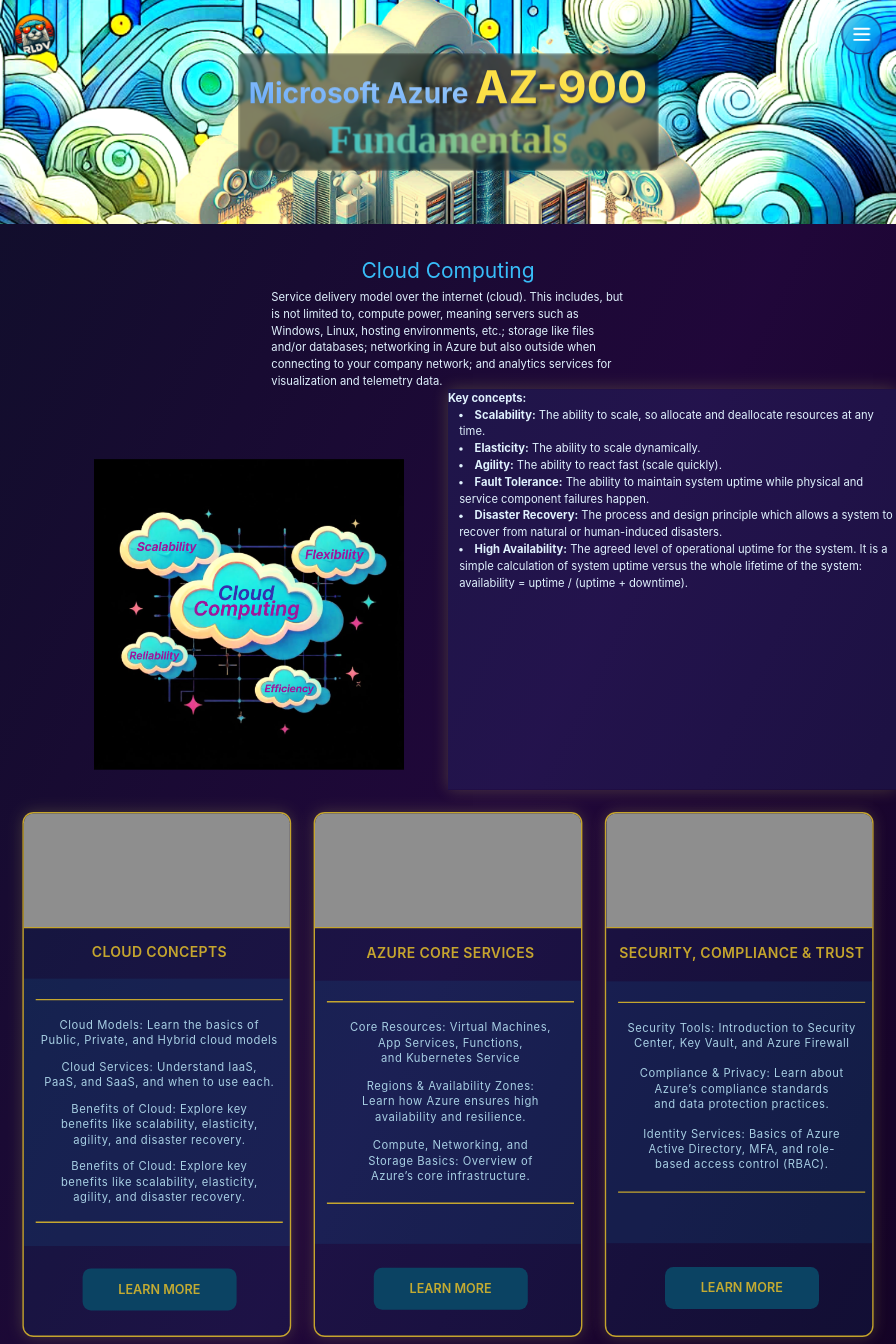
Repository: Freezler/az-900_svelte5
Page: /
An editor plug-in stored every save of this project. The page is shown before and after the next save, followed by the edit.
The browser window is 1280 px wide. The pictures show the part of the page from y = 0 to 1920 px (the page is 2638 px tall), at 70% of full size.
Pictures or frames that could not be fetched are drawn as grey boxes. The project was rebuilt for these pictures with package versions that can differ from the ones it lists, and the page was loaded fresh each time. The framework's server and built-in components were replaced by stand-ins that run in the browser. Also part of the build but not shown: vite.config.ts.

Above is the page before, as saved 2024-11-10 10:45:33.

### src/app.html
<!doctype html>
<html lang="en">
	<head>
		<meta charset="utf-8" />
		<link rel="icon" href="%sveltekit.assets%/favicon.png" />
		<meta name="viewport" content="width=device-width, initial-scale=1" />
		%sveltekit.head%
	</head>
	<body data-sveltekit-preload-data="hover" >
		<div style="display: contents">%sveltekit.body%</div>
	</body>
</html>

### src/routes/+layout.svelte
<script lang="ts">
	import '../app.css';
	let { children } = $props();

</script>

<div class="bg-gradient-to-br from-[#0d0c28fc] via-[#1b0135f9] to-[#10021e] bg-cover bg-center bg-no-repeat ">{@render children()}</div>

### src/routes/+page.svelte
<script lang="ts">
	import ComputingArticle from '../components/ComputingArticle.svelte';

	import Toggle from '../components/Toggle.svelte';
	import Header from '../components/Header.svelte';
	import Popover from '../components/Menu.svelte';
	import Cards from '../components/Cards.svelte';
	import Login from '../components/Login.svelte';
</script>

<header class="">
	<Popover />
	<Header />
</header>
<main>
	<section>
		<ComputingArticle />
		<Cards />
	</section>
	<aside><Toggle /></aside>
	<footer><Login /></footer>
</main>

### src/app.css
@tailwind base;
@tailwind components;
@tailwind utilities;

:root {
  --text-color  : rgba(244, 205, 48, 0.888);
  --bg-color    : hsla(217, 87%, 3%, 0.298);
  --bg-color2   : hsla(299, 91%, 31%, 0.974);
  --bg-gradient : 135deg, rgba(237, 249, 10, .7) 0%, rgba(216, 204, 37, 0.7) 35%, rgba(0, 212, 255, 0.7) 100%;
  --bg-gradient2: 90deg, rgba(216, 204, 37, 0.5) 0%, rgba(0, 212, 255, 0.5) 70%;
}

* {
  margin     : 0;
  padding    : 0;
  box-sizing : border-box;
  user-select: none;
  /* outline : 1px dotted red; */
}

body {
  font-family: 'Inter', sans-serif;


}

### src/components/ComputingArticle.svelte
<div class="grid items-center justify-center gap-2 place-self-center text-sky-100 max-w-[50ch]  pt-12">
	<h2 class="text-3xl text-center text-sky-400">Cloud Computing</h2>
	<p>
		Service delivery model over the internet (cloud). This includes, but is not limited to, compute
		power, meaning servers such as Windows, Linux, hosting environments, etc.; storage like files
		and/or databases; networking in Azure but also outside when connecting to your company network;
		and analytics services for visualization and telemetry data.
	</p>
</div>

<section class="grid items-center grid-cols-1 lg:grid-cols-2 justify-center place-items-center place-self-center place-content-center gap-0	z-10 text-start">
	<img
		src="../public/images/cloud.png"
		alt="cloudSolutions"
		loading="lazy"

		class=" text-sky-100  w-[572px] "
	/>
	<article
		class=" bg-blue-500/10  text-sky-100  h-[572px] prounded-xl shadow-[0_0px_22px_rgba(255,255,99,0.2)]"
	>
		<p><strong>Key concepts:</strong></p>
		<ul class="list-inside list-disc pl-4">
			<li>
				<strong>Scalability:</strong> The ability to scale, so allocate and deallocate resources at any
				time.
			</li>
			<li><strong>Elasticity:</strong> The ability to scale dynamically.</li>
			<li><strong>Agility:</strong> The ability to react fast (scale quickly).</li>
			<li>
				<strong>Fault Tolerance:</strong> The ability to maintain system uptime while physical and service
				component failures happen.
			</li>
			<li>
				<strong>Disaster Recovery:</strong> The process and design principle which allows a system to
				recover from natural or human-induced disasters.
			</li>
			<li>
				<strong>High Availability:</strong> The agreed level of operational uptime for the system. It
				is a simple calculation of system uptime versus the whole lifetime of the system: availability
				= uptime / (uptime + downtime).
			</li>
		</ul>
	</article>
</section>

### src/components/Toggle.svelte
<script lang="ts">

	let name = $state('Randy');
	let status: 'DARK' | 'LIGHT' = $state('DARK');
	let full_name = $derived(name + ' ' + 'de vries');

	function toggle() {
		status = status === 'DARK' ? 'LIGHT' : 'DARK';
	}

	function onclick() {
		status = status === 'DARK' ? 'LIGHT' : 'DARK';
		window.document.body.classList.toggle('dark-mode')
	}
</script>

<div class="max-w-[400px] mx-auto grid place-items-center items-center justify-center gap-2 border-2 p-4  py-8 my-4 bg-yellow-600/10">
		<p class="text-2xl font-serif text-white ">
			set theme: <span class="font-sans {status === 'LIGHT' ? 'text-gray-200' : 'text-red-900'}">{status}</span>
		</p>

		<!-- <button on:click={toggle}>toggle status</button> -->
		<button
			class=" w-[176px] rounded bg-blue-500 px-4 py-2 font-bold text-white hover:bg-blue-700 active:scale-[.98]"
			type="button"
			onclick={toggle}>Toggle theme</button
		>
	</div>

### src/components/Header.svelte
<script lang="ts">
	// Declare props
	let { name = 'AZ-900' } = $props();

	// Local state for the surname
	let surname = $state('Fundamentals');

	// Derived state for the full name
	let full_name = $derived(`${name} ${surname}`);
</script>

<div
	class="max-w-[100svw] z-100 mx-auto grid h-80 place-content-center place-items-center items-center justify-center bg-[url('/public/images/headImage.png')] bg-cover bg-top"
>
	<div class="grid backdrop-blur-[2px] px-4 rounded-lg backdrop-brightness-[.50] pb-4">
		<h1
			class="shadow-[rgba(7, 25, 224, 0.9)] drop bg-clip-text text-center text-[clamp(1rem,5vw,2.5rem)] font-bold text-transparent bg-gradient-to-tr from-blue-400 via-blue-300 to-blue-700  drop-shadow-[-2px_2px_2px_rgba(137, 25, 224, 0.9)]"
		>
			Microsoft Azure <span
				class="bg-gradient-to-tr from-yellow-300 via-yellow-300 to-yellow-200 bg-clip-text text-[clamp(2.8rem,5vw,8.5rem)] font-bold text-transparent drop-shadow-[2px_4px_2px_rgba(36,50,100,0.9)]"
				>{name}</span
			>
		</h1>
		<h3
			class="bg-clip-text text-6xl text-center text-[clamp(1rem,5vw,3.5rem)] font-[700] font-[montserrat] bg-gradient-to-r from-[hsl(192,88%,51%)] via-[--hsl(192,88%,71%)] to-[--text-color]  pb- text-transparent drop-shadow-[2px_4px_32px_rgba(6,100,150,0.9)] backdrop-brightness-[.90] "
		>
			{surname}
		</h3>
	</div>
</div>

### src/components/Menu.svelte
<script lang="ts">
	import { cubicInOut } from 'svelte/easing';
	import { fly } from 'svelte/transition';
	let showMenu: boolean = $state(false);


</script>

	<!-- Your existing code -->

<img
	src="/public/images/Design 2.png"
	alt="Ran form Logo"
	class="fixed left-[16px] top-[16px] w-[64px] rounded-full z-[200]"
/>
<button
	onclick={() => (showMenu = !showMenu)}
	class="fixed right-[20px] top-[20px] flex  h-[58px] w-[58px] items-center justify-center rounded-full bg-blue-600/20 backdrop-blur text-white border-2 border-blue-900"
>
	<svg
		xmlns="http://www.w3.org/2000/svg"
		class="h-8 w-8"
		fill="none"
		viewBox="0 0 24 24"
		stroke="currentColor"
	>
		{#if showMenu}
			<path
				stroke-linecap="round"
				stroke-linejoin="round"
				stroke-width="2"
				d="M6 18L18 6M6 6l12 12"
			/>
		{:else}
			<path
				stroke-linecap="round"
				stroke-linejoin="round"
				stroke-width="2"
				d="M4 6h16M4 12h16M4 18h16"
			/>
		{/if}
	</svg>
</button>

{#if showMenu}
	<ul
		class="items-center justify-center fixed bottom-0 right-0 z-100 grid h-[50vh] w-[100vw] border-t border-blue-900 place-content-center bg-blue-600/20 backdrop-blur text-white uppercase text-center text-xl z-[200]"
		transition:fly={{ y: 100, duration: 420, easing: cubicInOut }}
	>
		<li class="px-2 py-4 w-[80vw] underline underline-offset-4 transition-colors ease-linear duration-400 hover:bg-blue-600/20 rounded-t-lg  bg-blue-200/30">
			<a href="/">Home</a>
		</li>
		<li class=" px-2 py-4 transition-colors hover:underline underline-offset-4  ease-linear duration-400 hover:bg-blue-600/20  bg-blue-200/30">
			<a href="/concepts">Concepts</a>
		</li>
		<li class=" px-2 py-4 transition-colors hover:underline underline-offset-4 ease-linear duration-400 hover:bg-blue-600/20  bg-blue-200/30">
			<a href="/security">Security</a>
		</li>
		<li class="px-2 py-4 transition-colors  hover:underline underline-offset-4 ease-linear duration-400 hover:bg-blue-600/20 rounded-b-lg  bg-blue-200/30">
			<a href="/services">Services</a>
		</li>
	</ul>
{/if}

### src/components/Cards.svelte
<script>
	import { goto } from '$app/navigation';
	// Define your plans as an array of objects
	const concepts = [
		{
			url: 'concepts',
			image:
				'https://learn.microsoft.com/training/achievements/microsoft-azure-fundamentals-describe-cloud-concepts-social.png',
			name: 'Cloud Concepts',
			features: [
				'Cloud Models: Learn the basics of Public, Private, and Hybrid cloud models',
				'Cloud Services: Understand IaaS, PaaS, and SaaS, and when to use each.',
				'Benefits of Cloud: Explore key benefits like scalability, elasticity, agility, and disaster recovery.',
				'Benefits of Cloud: Explore key benefits like scalability, elasticity, agility, and disaster recovery.'

			]
		},
		{
			url: 'services',
			image:
				'https://images.unsplash.com/photo-1667372459510-55b5e2087cd0?q=80&w=1932&auto=format&fit=crop&ixlib=rb-4.0.3&ixid=M3wxMjA3fDB8MHxwaG90by1wYWdlfHx8fGVufDB8fHx8fA%3D%3D',
			name: 'Azure Core Services',
			features: [
				'Core Resources: Virtual Machines, App Services, Functions, and Kubernetes Service',
				'Regions & Availability Zones: Learn how Azure ensures high availability and resilience.',
				'Compute, Networking, and Storage Basics: Overview of Azure’s core infrastructure.'
			]
		},
		{
			url: 'security',
			image:
				'https://plus.unsplash.com/premium_photo-1700830452756-1a3f4314e564?q=80&w=1674&auto=format&fit=crop&ixlib=rb-4.0.3&ixid=M3wxMjA3fDB8MHxwaG90by1wYWdlfHx8fGVufDB8fHx8fA%3D%3D',
			name: 'Security, Compliance & Trust',
			features: [
				'Security Tools: Introduction to Security Center, Key Vault, and Azure Firewall',
				'Compliance & Privacy: Learn about Azure’s compliance standards and data protection practices.',
				'Identity Services: Basics of Azure Active Directory, MFA, and role-based access control (RBAC).'
			]
		}
	];
</script>

<section
	class="z-10 grid grid-rows-1 gap-8 py-8 md:grid-cols-2 md:gap-8 md:px-8 xl:grid-cols-3"
>
	{#each concepts as concept}
		<div
			class=" pt-1  grid grid-rows-[148px_64px_auto_auto] place-items-center overflow-hidden rounded-2xl border-2 border-[--text-color] bg-sky-600/10 pb-9 shadow-[0_0px_22px_rgba(255,255,99,0.2)] brightness-90 transition duration-700 hover:scale-[1.001] hover:border-[hsla(184,69%,60%,1)] hover:shadow-[2px_6px_12px_rgba(22,125,22,0.9)]"
		>
			<img
				src={concept.image}
				class=" z-10 h-[172px] pt-2  w-full border-b-2 border-[--text-color] object-cover object-center hover:border-[hsla(184,69%,60%,1)]"
				loading="lazy"
				alt="concept"
			/>
			<div class="row-span-2 grid grid-cols-subgrid place-items-center items-center justify-center">
				<h2 class="] mt-[28px] text-xl font-semibold uppercase tracking-wide text-[--text-color]">
					{concept.name}
				</h2>
			</div>

			<div
				class=" row-span-12 my-5 w-full grid grid-rows-subgrid place-items-start items-start gap-4 text-pretty border border-transparent bg-sky-500/10 px-4 pt-7 pb-6 text-center"
			>
				{#each concept.features as feature}
					<h3
						class="border-b-1 mx-auto  grid w-[35ch]  grid-rows-subgrid text-balance border-[--text-color] px-0 text-[14px] font-normal leading-snug tracking-wider text-sky-200 py-0 first:border-t-2 first:pt-6 last:pb-6 last:border-b-2 lg:text-[16px] border-s-fuchsia-400 ">
						{feature}
					</h3>
				{/each}
			</div>
			<button
				type="button"
				class="mx-auto mt-3 w-[220px] grid-cols-subgrid rounded-xl border-[2px_solid_var(--text-color)] bg-sky-900 px-8 py-4 text-base font-semibold uppercase text-[--text-color] transition duration-[420ms] hover:bg-sky-500 hover:text-white hover:shadow-[2px_2px_22px_rgb(65,183,255,0.9)] md:text-lg lg:text-lg"
				><a href="/{concept.url}">Learn more</a></button
			>
		</div>
	{/each}
</section>

### src/components/Login.svelte
<script>
	import { onMount } from 'svelte';
	let user = $state('Stranger');
	/**
	 * @param {any} response
	 */
	function googleLoginEndpoint(response) {
	  console.log('Google login successful:', response);
	}

	// onMount(() => {
	//   const script = document.createElement("script");
	//   script.src = "https://accounts.google.com/gsi/client";
	//   script.async = true;
	//   script.defer = true;
	//   document.head.appendChild(script);
	// });
</script>

<div class="relative flex min-h-[60vh] items-center justify-center py-16 ">
	<div class="flex w-full max-w-4xl flex-col overflow-hidden rounded-lg shadow-lg md:flex-row">
		<!-- Left side: Logo and Welcome message -->
		<div
			class="flex flex-col items-center justify-center bg-[url('/public/images/headImage.png')] bg-cover bg-center object-cover p-14 text-white md:w-1/2 "
		>
			<img
				src="/public/images/Design 2.png"
				alt="Ran form Logo"
				class="mb-4 h-40 w-40 rounded-full"
			/>
			<h2 class="text-2xl font-semibold p-2 rounded-xl bg-slate-600/50  ">Good Evening {user}!</h2>
			<p class="mt-2 text-center text-lg rounded-xl bg-slate-600/50  p-2 ">Log in to your account!</p>
		</div>

		<!-- Right side: Login Form -->
		<div
			class="flex flex-col items-center justify-center  h-[50vh] bg-blue-600/40 backdrop-blur pt-8 "
		>
			<!-- Google Login Button -->
			<div
				id="g_id_onload"
				data-client_id="YOUR_GOOGLE_CLIENT_ID"
				data-context="signin"
				data-callback="googleLoginEndpoint"
				data-close_on_tap_outside="false"
				data-prompt_parent_id="g_id_onload"
			></div>

			<button
				class="flex w-3/5 items-center justify-center space-x-2 rounded-full border border-gray-300 bg-white py-2 shadow-md hover:bg-gray-50 focus:outline-none"
			>
				<span class="fab fa-google text-gray-500"></span>
				<span class="text-gray-700">Continue with Google</span>
			</button>

			<!-- Divider -->
			<div class="my-4 flex w-full items-center">
				<hr class="flex-grow border-t border-gray-300" />
				<span class="px-3 text-gray-500">OR</span>
				<hr class="flex-grow border-t border-gray-300" />
			</div>

			<!-- Email Login Button -->
			<button
				class="flex w-3/5 items-center justify-center space-x-2 rounded-full border border-gray-300 bg-white py-2 shadow-md hover:bg-gray-50 focus:outline-none"
			>
				<span class="fa fa-user text-gray-500"></span>
				<span class="text-gray-700">Enter Email & Password</span>
			</button>

			<!-- Sign up and Terms Links -->
			<div class=" w-full text-center">
				<p class="text-sm text-red-300">
					Don't have an account? <a href="_blank" class="text-blue-600 hover:underline">Sign up</a>
				</p>
				<p class="mt-0 text-xs text-gray-500 w-[50ch]">
					By continuing, you agree to our <a href="_blank" target="_blank" class="hover:underline"
						>Terms of Service</a
					>
					and
					<a href="_blank" target="_blank" class="hover:underline">Privacy Policy</a>.
				</p>
			</div>
		</div>
	</div>
</div>

### tailwind.config.ts
import aspectRatio from '@tailwindcss/aspect-ratio';
import containerQueries from '@tailwindcss/container-queries';
import forms from '@tailwindcss/forms';
import typography from '@tailwindcss/typography';
// import type { Config } from 'tailwindcss';

export default {
	content: ['./src/**/*.{html,js,svelte,ts}'],


	theme: {
		extend: {
			animation: {



			},

			keyframes: {

			}

		}
	},

	plugins: [typography, forms, containerQueries, aspectRatio]
}

After the next save:
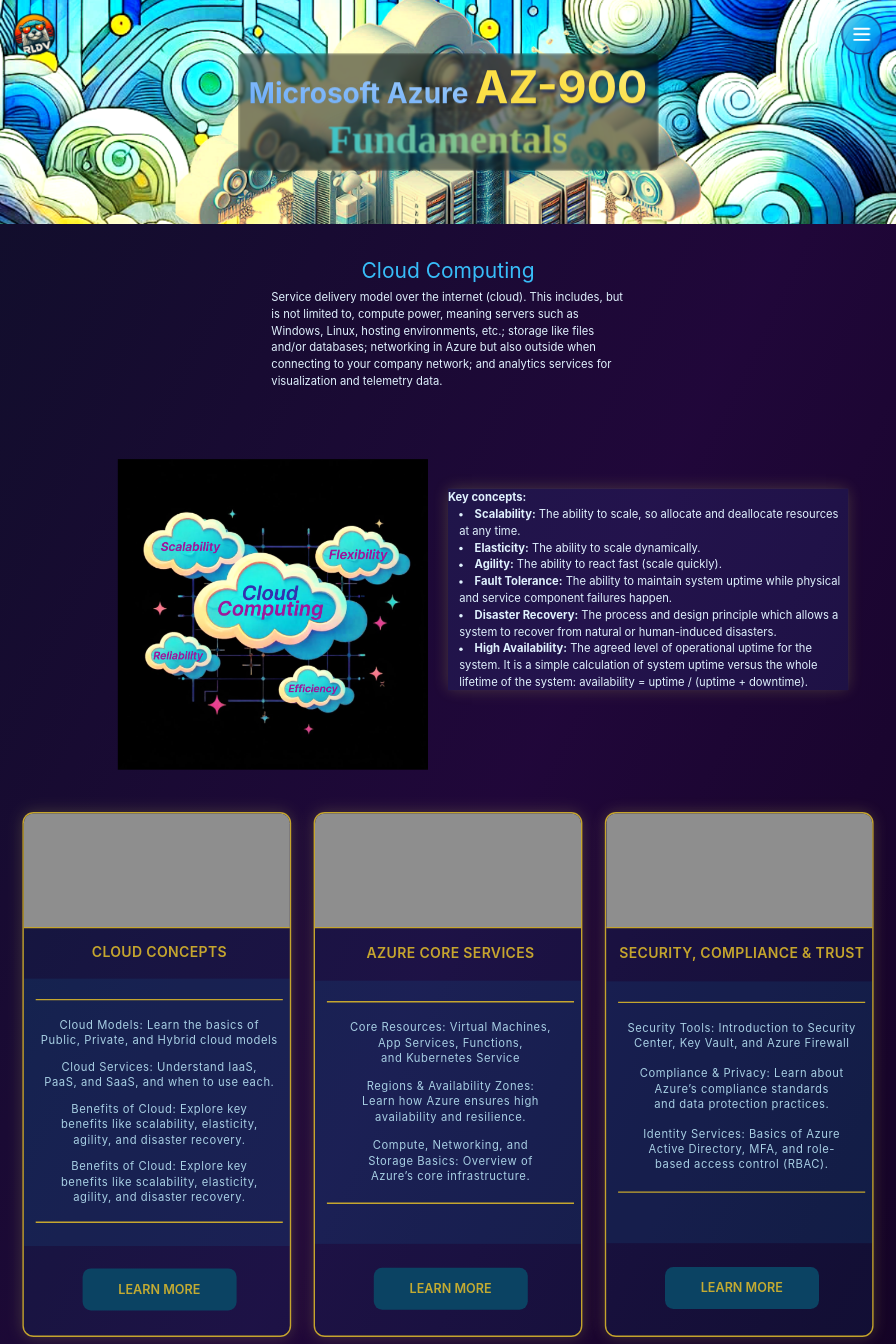
Saved 9 s later.
--- a/src/components/ComputingArticle.svelte
+++ b/src/components/ComputingArticle.svelte
@@ -17,7 +17,7 @@
 		class=" text-sky-100  w-[572px] "
 	/>
 	<article
-		class=" bg-blue-500/10  text-sky-100  h-[572px] prounded-xl shadow-[0_0px_22px_rgba(255,255,99,0.2)]"
+		class=" bg-blue-500/10  text-sky-100  w-[572px] prounded-xl shadow-[0_0px_22px_rgba(255,255,99,0.2)]"
 	>
 		<p><strong>Key concepts:</strong></p>
 		<ul class="list-inside list-disc pl-4">
